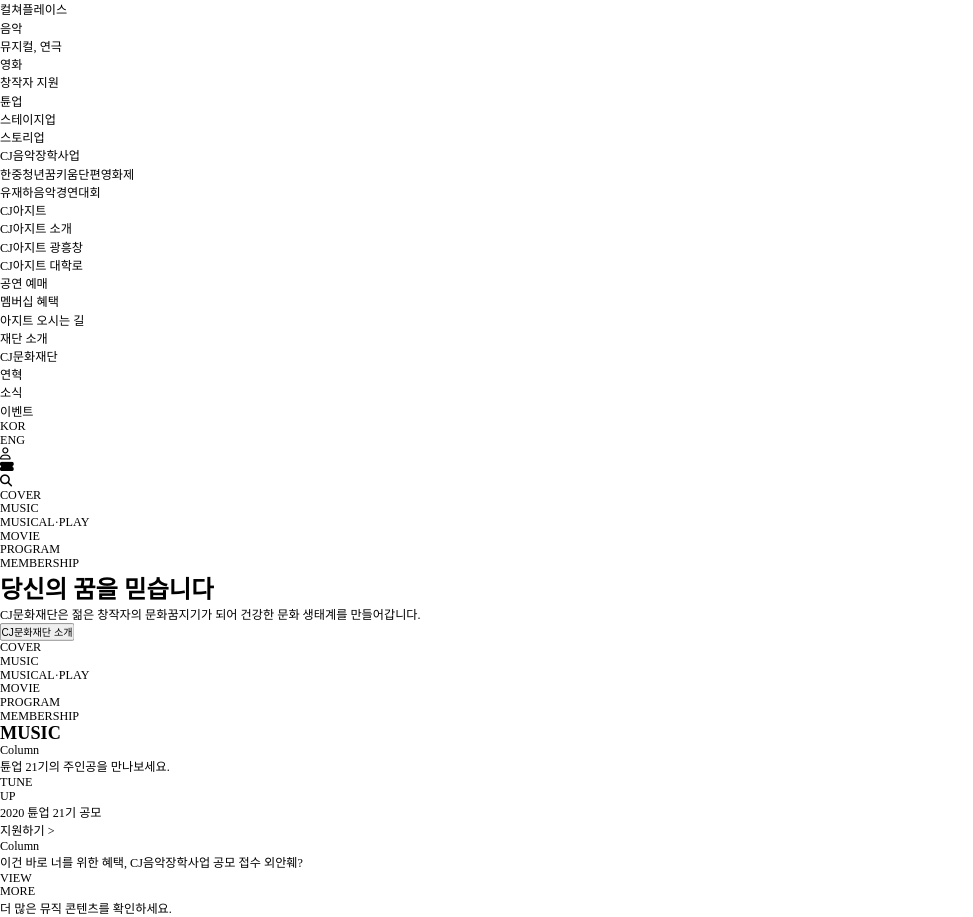
Repository: godcl1623/Tutorials
Page: 습작/CJazit/cjazit-index.html
These files come from the project's save history. The page is drawn as it stood at one moment and after the next save; the edit follows.
The browser window is 1280 px wide. The pictures show the whole page, at 76% of full size.
Some web libraries are served in a nearby version.

Above is the page before, as saved 2021-01-12 21:12:57.

### 습작/CJazit/cjazit-index.html
<!DOCTYPE html>
<html lang="kr">
<head>
  <meta charset="UTF-8">
  <meta name="viewport" content="width=device-width, initial-scale=1.0">
  <title>CJ문화재단</title>
  <link rel="stylesheet" href="cjazit-style.css">
  <script src="https://kit.fontawesome.com/126dba6a94.js" crossorigin="anonymous"></script>
</head>
<body>
  <nav>
    <div class="logo-place"></div>
    <ul class="menu-main">
      <li>컬쳐플레이스
        <ul class="menu-sub">
          <li>음악</li>
          <li>뮤지컬, 연극</li>
          <li>영화</li>
        </ul>
      </li>
      <li>창작자 지원
        <ul class="menu-sub">
          <li>튠업</li>
          <li>스테이지업</li>
          <li>스토리업</li>
          <li>CJ음악장학사업</li>
          <li>한중청년꿈키움단편영화제</li>
          <li>유재하음악경연대회</li>
        </ul>
      </li>
      <li>CJ아지트
        <ul class="menu-sub">
          <li>CJ아지트 소개</li>
          <li>CJ아지트 광흥창</li>
          <li>CJ아지트 대학로</li>
          <li>공연 예매</li>
          <li>멤버십 혜택</li>
          <li>아지트 오시는 길</li>
        </ul>
      </li>
      <li>재단 소개
        <ul class="menu-sub">
          <li>CJ문화재단</li>
          <li>연혁</li>
          <li>소식</li>
          <li>이벤트</li>
        </ul>
      </li>
    </ul>
    <div class="utility">
      <div class="language">
        <span><p>KOR</p></span>
        <span><p>ENG</p></span>
      </div>
      <div class="utility-icons">
        <div><i class="far fa-user"></i></div>
        <div><i class="fas fa-ticket-alt"></i></div>
        <div><i class="fas fa-search"></i></div>
      </div>
    </div>
  </nav>
  <header>
    <ul class="sidebar">
      <li>COVER</li>
      <li>MUSIC</li>
      <li>MUSICAL·PLAY</li>
      <li>MOVIE</li>
      <li>PROGRAM</li>
      <li>MEMBERSHIP</li>
    </ul>
    <div class="main-image"></div>
    <div class="welcom-box">
      <h1>당신의 꿈을 믿습니다</h1>
      <p>CJ문화재단은 젊은 창작자의 문화꿈지기가 되어 건강한 문화 생태계를 만들어갑니다.</p>
      <button>CJ문화재단 소개</button>
    </div>
  </header>
  <article class="article1-music">
    <ul class="sidebar">
      <li>COVER</li>
      <li>MUSIC</li>
      <li>MUSICAL·PLAY</li>
      <li>MOVIE</li>
      <li>PROGRAM</li>
      <li>MEMBERSHIP</li>
    </ul>
    <div class="article-1-contents-wrapper">
      <h1>MUSIC</h1>
      <div class="article-1-images-wrapper">
        <div class="article-1-image-contents">
          <div class="article-1-image-commentary">
            <p>Column</p>
            <p>튠업 21기의 주인공을 만나보세요.</p>
          </div>
        </div>
        <div class="article-1-image-contents">
          <div class="article-1-image-commentary">
            <p>TUNE<br>UP</p>
            <p>2020 튠업 21기 공모</p>
            <p>지원하기 ></p>
          </div>
        </div>
        <div class="article-1-image-contents">
          <div class="article-1-image-commentary">
            <p>Column</p>
            <p>이건 바로 너를 위한 혜택, CJ음악장학사업 공모 접수 외안훼?</p>
          </div>
        </div>
        <div class="article-1-image-contents">
          <div class="article-1-image-commentary">
            <p>VIEW<br>MORE</p>
            <p>더 많은 뮤직 콘텐츠를 확인하세요.</p>
          </div>
        </div>
      </div>
    </div>
  </article>
  <article class="">

  </article>
  <article class="">

  </article>
  <article class="">

  </article>
  <article class="">

  </article>
  <footer>

  </footer>
</body>
</html>

### 습작/CJazit/cjazit-style.css
* {
  margin: 0;
  padding: 0;
}

ul,
ol,
li {
  list-style: none;
}

After the next save:
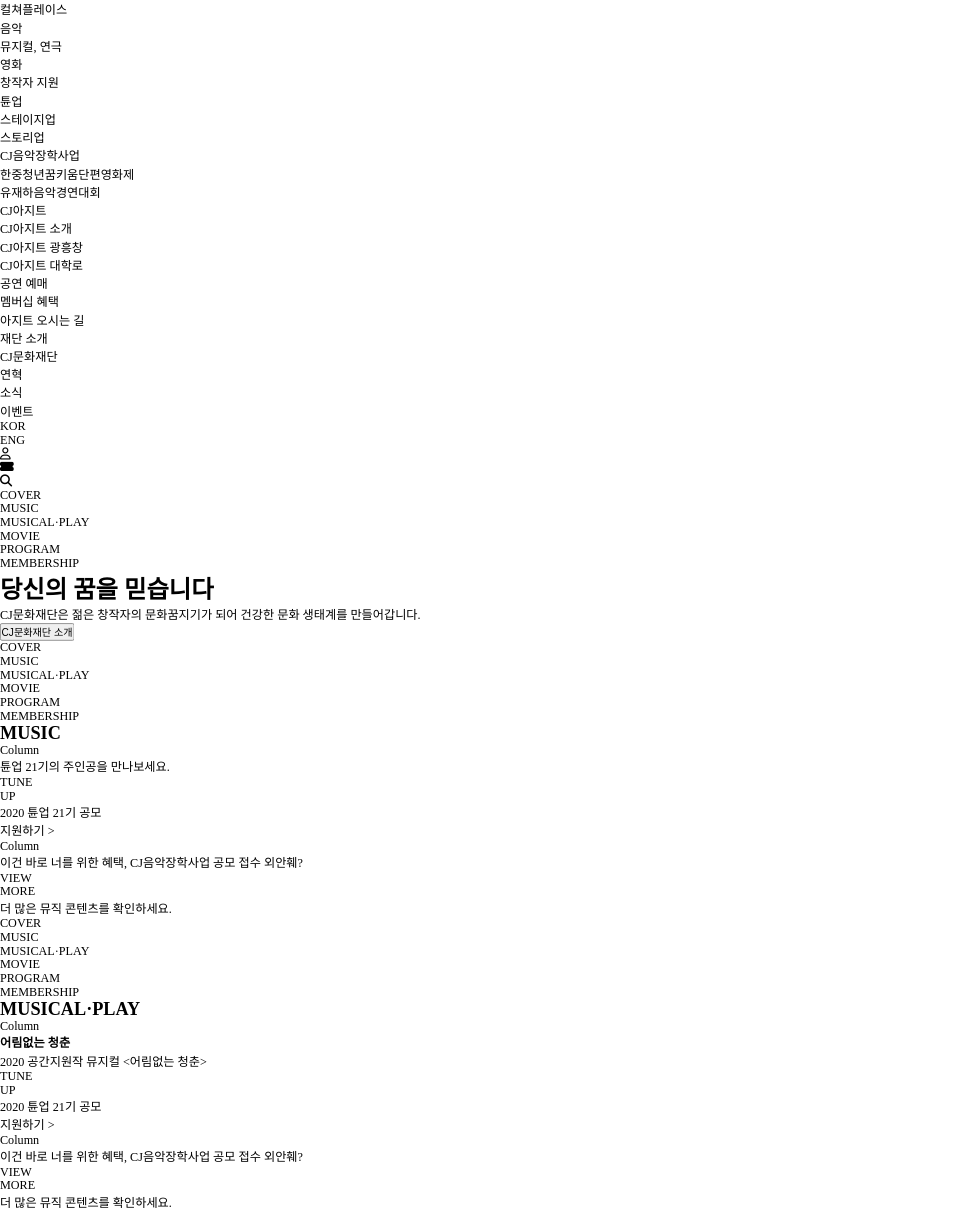
Saved 6 min 13 s later.
--- a/습작/CJazit/cjazit-index.html
+++ b/습작/CJazit/cjazit-index.html
@@ -115,8 +115,46 @@
       </div>
     </div>
   </article>
-  <article class="">
-
+  <article class="article2-musical-play">
+    <ul class="sidebar">
+      <li>COVER</li>
+      <li>MUSIC</li>
+      <li>MUSICAL·PLAY</li>
+      <li>MOVIE</li>
+      <li>PROGRAM</li>
+      <li>MEMBERSHIP</li>
+    </ul>
+    <div class="article-2-contents-wrapper">
+      <h1>MUSICAL·PLAY</h1>
+      <div class="article-2-images-wrapper">
+        <div class="article-2-image-contents">
+          <div class="article-2-image-commentary">
+            <p>Column</p>
+            <h4>어림없는 청춘</h4>
+            <p>2020 공간지원작 뮤지컬 &lt;어림없는 청춘&gt;</p>
+          </div>
+        </div>
+        <div class="article-2-image-contents">
+          <div class="article-2-image-commentary">
+            <p>TUNE<br>UP</p>
+            <p>2020 튠업 21기 공모</p>
+            <p>지원하기 ></p>
+          </div>
+        </div>
+        <div class="article-2-image-contents">
+          <div class="article-2-image-commentary">
+            <p>Column</p>
+            <p>이건 바로 너를 위한 혜택, CJ음악장학사업 공모 접수 외안훼?</p>
+          </div>
+        </div>
+        <div class="article-2-image-contents">
+          <div class="article-2-image-commentary">
+            <p>VIEW<br>MORE</p>
+            <p>더 많은 뮤직 콘텐츠를 확인하세요.</p>
+          </div>
+        </div>
+      </div>
+    </div>
   </article>
   <article class="">
 
